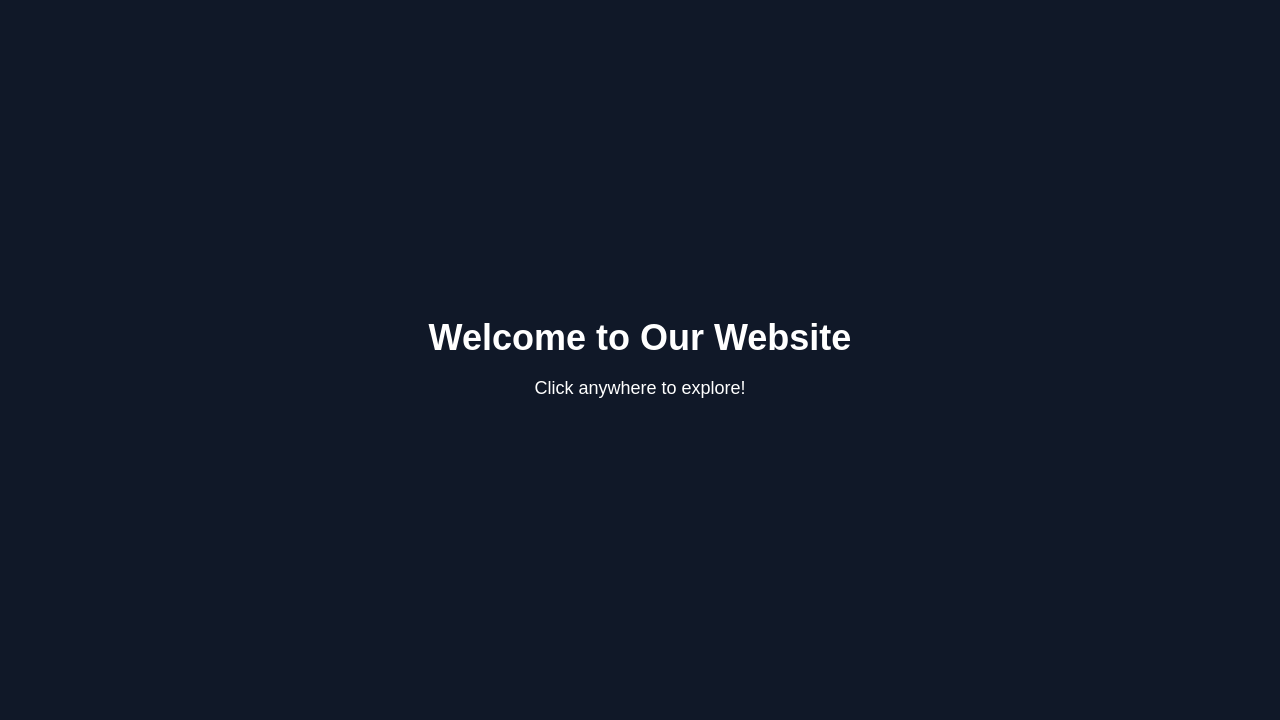
Repository: KenMarzan/OMEGA
Page: / (app in hub/frontend/)
These files come from the project's save history. The page is drawn as it stood at one moment and after the next save; the edit follows.
The browser window is 1280 px wide. The pictures show the whole page.
The project was rebuilt for these pictures with package versions that can differ from the ones it lists, and the page was loaded fresh each time. The framework's server and built-in components were replaced by stand-ins that run in the browser. Also part of the build but not shown: hub/frontend/next.config.ts.

Above is the page before, as saved 2025-06-10 13:30:09.

After the next save:
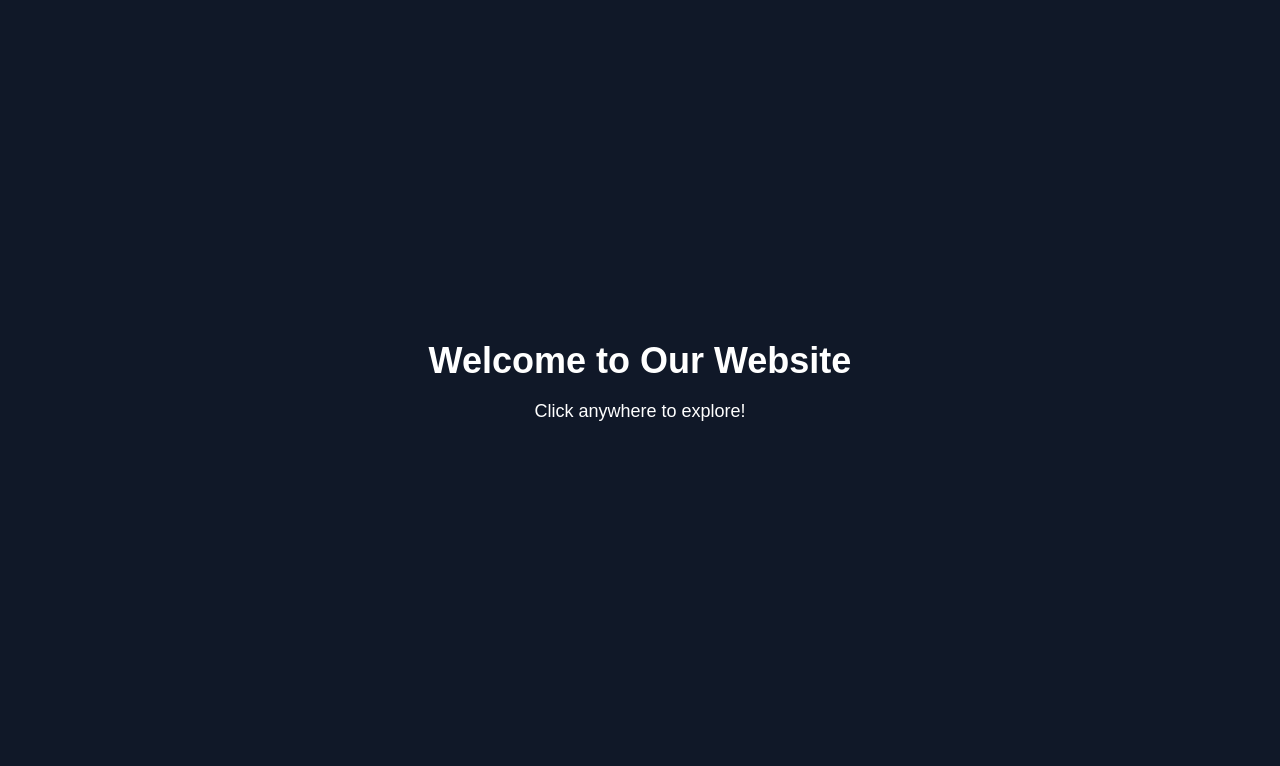
Saved 33 s later.
--- a/hub/frontend/src/app/page.tsx
+++ b/hub/frontend/src/app/page.tsx
@@ -59,7 +59,46 @@ export default function MainPage(): React.JSX.Element {
         </div>
       </nav>
 
+      <div className="content mt-8">
+        {/* Slide Screen Section */}
+        <div className="slidescreen flex flex-col gap-8">
+          {/* Component: Slide Screen about harvested products */}
+          <div className="slide-screen bg-green-100 p-4 rounded shadow">
+            <h2 className="text-2xl font-bold mb-2">Harvested Products</h2>
+            <p className="text-lg">Explore the variety of products harvested by farmers.</p>
+          </div>
 
+          {/* Component: Slide Screen about market prices and SRP */}
+          <div className="slide-screen bg-blue-100 p-4 rounded shadow">
+            <h2 className="text-2xl font-bold mb-2">Market Prices and SRP</h2>
+            <p className="text-lg">Stay updated with the latest market prices and suggested retail prices.</p>
+          </div>
+        </div>
+
+        {/* Component: Weather Report */}
+        <div className="weather-report bg-yellow-100 p-4 rounded shadow mt-8">
+          <h2 className="text-2xl font-bold mb-2">Weather Report</h2>
+          <p className="text-lg">Get the latest weather updates to plan your farming activities.</p>
+        </div>
+
+        {/* Component: Why Be a Farmer */}
+        <div className="why-be-a-farmer bg-orange-100 p-4 rounded shadow mt-8">
+          <h2 className="text-2xl font-bold mb-2">Why Be a Farmer?</h2>
+          <p className="text-lg">Discover the benefits of being a farmer and explore our course on how to start.</p>
+          <a
+            href="/course"
+            className="text-blue-500 underline mt-2 inline-block"
+          >
+            Learn More
+          </a>
+        </div>
+
+        {/* Component: Reviews About Us */}
+        <div className="reviews bg-gray-100 p-4 rounded shadow mt-8">
+          <h2 className="text-2xl font-bold mb-2">Reviews About Us</h2>
+          <p className="text-lg">See what others are saying about our platform and services.</p>
+        </div>
+      </div>
     </div>
   );
 }
